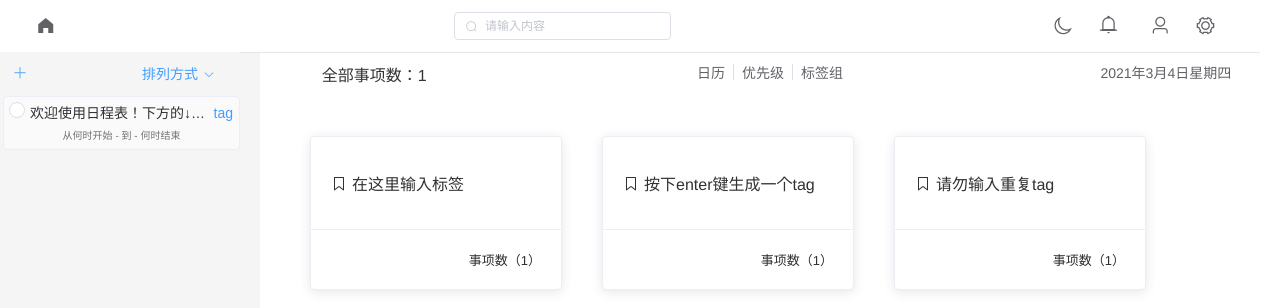
Repository: sierra0114/project01
Page: /#/tags
An editor plug-in stored every save of this project. The page is shown before and after the next save, followed by the edit.
The browser window is 1280 px wide. The pictures show the whole page.
The project was rebuilt for these pictures with package versions that can differ from the ones it lists, and the page was loaded fresh each time. Also part of the build but not shown: vue.config.js, src/components/Approaching.vue, src/components/Expired.vue, src/components/System.vue, src/components/Calendar.vue, src/components/User.vue, src/components/Login.vue, src/components/Register.vue and 2 more.

Above is the page before, as saved 2021-03-04 00:30:15.

### public/index.html
<!DOCTYPE html>
<html>

<head>
  <meta charset="utf-8">
  <meta name="viewport" content="width=device-width,initial-scale=1.0">
  <title>日程表</title>
  <style media="screen" type="text/css">
    body {
      font-family: "Helvetica Neue", Helvetica, "PingFang SC", "Hiragino Sans GB", "Microsoft YaHei", "微软雅黑", Arial, sans-serif;
      margin: 0;
      padding: 0;
      overflow-y: hidden;
      overflow-x: hidden;
      color: #333333;
      width: 100vw;
      height: 100vh;
    }

    #appLoading {
      width: 100%;
      height: 100%;
      background-color: rgb(130, 161, 177);
      z-index: 9999;
    }

    #loadingImg {
      border-radius: 50%;
      position: absolute;
      top: 45%;
      left: 48%;
      translate: 1s ease-in-out 0;
      animation: rotate 1s linear infinite;
    }


    /* 覆盖user页面里默认的图标颜色 */

    .el-icon-basketball:before {
      content: "\e7a5";
      color: rgb(224, 130, 53);
    }

    .el-icon-cold-drink:before {
      content: "\e7a5";
      color: rgb(235, 231, 47);
    }

    .el-icon-grape:before {
      content: "\e7a5";
      color: rgb(74, 55, 97);
    }

    .el-icon-apple:before {
      content: "\e7a5";
      color: rgb(175, 56, 56);
    }

    .el-icon-lollipop:before {
      content: "\e7a5";
      color: rgb(75, 165, 218);
    }

    .el-icon-coffee:before {
      content: "\e7a5";
      color: rgb(107, 79, 62);
    }

    .el-icon-user-solid:before {
      content: "\e7a5";
      color: rgb(227, 235, 243);
    }
  </style>
</head>

<body>
  <div id="appLoading">
    <div id="loadingImg">
      <svg t="1613764102468" class="icon" viewBox="0 0 1024 1024" version="1.1" xmlns="http://www.w3.org/2000/svg"
        p-id="6649" data-spm-anchor-id="a313x.7781069.0.i24" width="48" height="48">
        <path
          d="M546.462897 266.292966c-73.410207 0-133.15531-59.727448-133.155311-133.137656C413.307586 59.762759 473.05269 0 546.462897 0c73.410207 0 133.12 59.727448 133.12 133.15531 0 73.410207-59.709793 133.137655-133.12 133.137656z m-283.453794 105.736827c-67.054345 0-121.626483-54.554483-121.626482-121.644138s54.572138-121.644138 121.626482-121.644138a121.767724 121.767724 0 0 1 121.608828 121.644138c0 67.054345-54.554483 121.644138-121.608828 121.644138zM142.547862 647.185655A107.343448 107.343448 0 0 1 35.310345 539.895172a107.343448 107.343448 0 0 1 107.237517-107.237517 107.343448 107.343448 0 0 1 107.219862 107.237517 107.343448 107.343448 0 0 1-107.219862 107.272828z m120.461241 272.595862a91.047724 91.047724 0 0 1-90.941793-90.959448 91.065379 91.065379 0 0 1 90.924138-90.941793 91.065379 91.065379 0 0 1 90.941793 90.941793c0 50.14069-40.783448 90.959448-90.924138 90.959448zM546.462897 1024a79.518897 79.518897 0 0 1-79.448276-79.448276c0-43.820138 35.645793-79.448276 79.448276-79.448276a79.518897 79.518897 0 0 1 79.43062 79.448276c0 43.820138-35.628138 79.448276-79.448276 79.448276z m287.744-134.285241a64.194207 64.194207 0 0 1-64.123587-64.123587 64.194207 64.194207 0 0 1 64.123587-64.123586 64.194207 64.194207 0 0 1 64.123586 64.123586 64.194207 64.194207 0 0 1-64.123586 64.123587z m117.848275-296.695173a52.683034 52.683034 0 0 1-52.612413-52.612414 52.683034 52.683034 0 0 1 52.612413-52.630069 52.70069 52.70069 0 0 1 52.630069 52.612414 52.718345 52.718345 0 0 1-52.630069 52.630069z m-158.667034-338.696827a40.818759 40.818759 0 1 0 81.655172 0.017655 40.818759 40.818759 0 0 0-81.655172 0z"
          p-id="6650" data-spm-anchor-id="a313x.7781069.0.i23" class="" fill="#ffffff"></path>
      </svg>
    </div>
  </div>

  <div id="app"></div>

</body>

</html>

### src/layout/AppMain.vue
<template>
  <el-container>
    <el-header height="52px">

      <Header @to-appmain="refSidbar"></Header>

    </el-header>
    <el-container v-if="!noSidebar">
      <el-aside width="260px">

        <Sidbar ref="Sidbar"></Sidbar>

      </el-aside>
      <el-main>

        <router-view name="Main"></router-view>

      </el-main>

    </el-container>

  </el-container>
</template>
<script>
import Header from '../components/Header'
import Sidbar from '../components/Sidbar'
// import Main from '../components/Main'
import dataBase from '../data/dataBase.js'
export default {
  name: 'AppMain',
  components: {
    Header,
    Sidbar
  },
  computed: {},
  data () {
    return {
      msg: 'hello',
      noSidebar: false
    }
  },
  methods: {
    refSidbar (info) {
      this.$refs.Sidbar.passThisToForm(info)
    }
  },
  created () {
    dataBase() // 初始化数据库
  }
}
</script>
<style scoped>
.el-header,
.el-footer {
  text-align: center;
  line-height: 50px;
  height: 50px;
}
Header {
  line-height: 50px;
  height: 50px;
}

.el-aside {
  background-color: rgb(245, 245, 245);
  text-align: center;
}

.el-main {
  text-align: center;
  padding: 10px;
}

body > .el-container {
  margin-bottom: 0;
  width: 100vw;
  height: 100vh;
}

.el-container:nth-child(5) .el-aside,
.el-container:nth-child(6) .el-aside {
  line-height: 260px;
}

.el-container:nth-child(7) .el-aside {
  line-height: 320px;
}

/* header {
  display: flex;
  position: fixed;
  top: 0;
  left: 0;
  width: 100vw;
  height: 40px;
  background-color: rgb(255, 0, 0);
}
sidbar {
  display: flex;
  width: 200px;
  background-color: rgb(200, 255, 0);
}
main {
  position: relative;
  display: flex;

  top: 40px;
  left: 0;
  right: 0;
  background-color: rgb(0, 255, 13);
}
full-calendar {
flex-grow: 1;
  background-color: rgb(0, 255, 255);
} */
</style>

### src/components/Sidbar.vue


<template id='Sidbar'>
  <div class="Sidbar">
    <div class="container">
      <el-row>
        <el-col :span="24">
          <Form @bindFunc="getListFromForm" ref="drawer"></Form>
          <div class="view-change">
            <el-dropdown
              size="medium"
              placement="bottom"
              @command="handleCommand"
            >
              <span class="drop-down-link"
                >排列方式<i class="el-icon-arrow-down el-icon--right"></i
              ></span>
              <el-dropdown-menu slot="dropdown">
                <el-dropdown-item command="a">时间顺序</el-dropdown-item>
                <el-dropdown-item command="b">时间逆序</el-dropdown-item>
                <!-- <el-dropdown-item command="c">螺蛳粉</el-dropdown-item>
              <el-dropdown-item command="d" disabled>双皮奶</el-dropdown-item>
              <el-dropdown-item command="e" divided>蚵仔煎</el-dropdown-item> -->
              </el-dropdown-menu>
            </el-dropdown>
          </div>
        </el-col>
      </el-row>
    </div>

    <div class="empty"></div>
    <div class="cards" v-if="!isReverse">
      <SidbarCard
        v-for="item in this.resovedList"
        :key="item.reKey"
        :info="item"
        @openForm-between="passThisToForm"
      ></SidbarCard>
      <!-- info绑定的是子组件的props的属性 -->
    </div>
    <div class="cards" v-else>
      <SidbarCard
        v-for="item in this.resovedListReverse"
        :key="item.reKey"
        :info="item"
        @openForm-between="passThisToForm"
      ></SidbarCard>
      <!-- info绑定的是子组件的props的属性 -->
    </div>

    <div class="empty"></div>
  </div>
</template>

<script>
import SidbarCard from "./SidbarCard.vue";
import Form from "./Form";

export default {
  name: "Sidbar",
  data() {
    return {
      list: [], // 从数据库取得的所有数据数组
      resovedList: [], // 解析list以得到的缩略版本，顺序数组，传递给子组件sidbarCard
      resovedListReverse: [], // 和resovedList一样，逆序数组，传递给子组件sidbarCard

      // flag
      isReverse: false, // 数组是否逆序
    };
  },
  components: {
    SidbarCard,
    Form,
  },
  methods: {
    getListFromForm(list) {
      // eslint-disable-next-line no-unused-vars
      this.list = list;
    },
    getList() {
      let db; // 数据库对象
      let objStore; // 对象仓库
      let request; // 请求
      let transaction; // 连接事务
      let readRequest; // 读写事务

      request = window.indexedDB.open("db"); // 连接数据库
      request.onerror = () => {
        // 请求失败
        // console.log('连接数据库请求 失败 ！因为' + event)
      };

      request.onsuccess = (event) => {
        // 请求成功
        db = event.target.result;
        // db=request.result  一样的效果
        // console.log('连接数据库请求 成功 ')
        transaction = db.transaction("info", "readwrite"); // 开启读写事务
        objStore = transaction.objectStore("info"); // 指定事务为‘info’对象仓库的事务
        readRequest = objStore.getAll(null);

        readRequest.onerror = () => {
          // console.log('读写事务 失败！')
        };
        readRequest.onsuccess = () => {
          // console.log('读写事务 成功！已经获取到了list数据')
          this.list = readRequest.result;
          console.log("侧边栏获取到了list，它的值为：");
          console.log(this.list);
        };
      };
    },
    toColorClass(item) {
      let Class = "";
      let color = item.color;
      switch (color) {
        case "red":
          Class = "danger";
          break;
        case "blue":
          Class = "primary";
          break;
        case "green":
          Class = "success";
          break;
        case "yellow":
          Class = "warning";
          break;
        case "grey":
          Class = "info";
          break;
        case "":
          Class = "";
      }
      return Class;
    },
    getTime(item, num) {
      let timeObj = item.time[num];
      // eslint-disable-next-line valid-typeof
      if (typeof timeObj === null) {
        // time对象的类型为null（time对象为空
        return "时间对象不存在";
        // eslint-disable-next-line valid-typeof
      } else if (typeof timeObj === "string") {
        // time对象的类型为string（初始化数据的情况
        return timeObj;
      } else {
        let timetr = getTimeStr();
        return timetr;
      }
      function getTimeStr() {
        if (typeof timeObj === "object") {
          const day = timeObj.getDay();
          const date = timeObj.getDate();
          const month = timeObj.getMonth() + 1;
          const year = timeObj.getFullYear();
          const weekMap = [
            "",
            "星期一",
            "星期二",
            "星期三",
            "星期四",
            "星期五",
            "星期六",
            "星期日",
            "",
          ];
          const timeStr = year + "/" + month + "/" + date + " " + weekMap[day];
          return timeStr;
        }
      }
    },
    getTag(item) {
      let tags = [];
      let reTags = "";
      tags = item.tags;
      for (let i in tags) {
        reTags += "#" + tags[i] + " ";
      }
      return reTags;
    },
    getTagFlag(item) {
      let tags = [];
      tags = item.tags;

      if (tags.length === 0) {
        return false;
      } else {
        return true;
      }
    },
    getResovedList() {
      let resovedList = [];
      for (let i in this.list) {
        let item = this.list[i];
        let reTime = item.time;
        let reKey = item.key;
        let reMainText = item.mainText;
        let reColor = this.toColorClass(item);
        let reTimeFrom = this.getTime(item, 0);
        let reTimeTo = this.getTime(item, 1);
        let reTag = this.getTag(item);
        let tagFlag = this.getTagFlag(item);

        let resovedItem = {
          reTime,
          reMainText,
          reColor,
          reTimeFrom,
          reTimeTo,
          reTag,
          tagFlag,
          reKey,
        };

        resovedList.push(resovedItem);
      }
      resovedList.sort((a, b) => {
        return a.reTime[0] - b.reTime[0];
      });
      console.log("22222222222222");
      console.log(resovedList);
      return resovedList;
    },
    passThisToForm(keyOrInfo) {
      // 有两个调用来源：
      // 1从子组件sidbarCard的emit（参数为一个事项的key）
      // 2从父组件appmian的ref（参数为一个事项的全部信息）
      if (keyOrInfo.mainText) {
        let info = keyOrInfo;
        this.$refs.drawer.open(info); // 调用form的openForm方法
      } else {
        let key = keyOrInfo;
        for (let i in this.list) {
          if (this.list[i].key === key) {
            let info = this.list[i];
            this.$refs.drawer.open(info); // 调用form的openForm方法
            return;
          }
        }
      }
    },
    // --------------------------------------------------------------------------------------------------
    // --------------------------------------     下拉菜单指令     --------------------------------------
    // --------------------------------------------------------------------------------------------------
    handleCommand(command) {
      if (command === "a") {
        this.isReverse = false;
        console.log(this.isReverse);
        this.$message("正序");
      } else if (command === "b") {
        this.isReverse = true;
        console.log(this.isReverse);
        this.$message("逆序");
      }
    },
  },
  // --------------------------------------     whath     --------------------------------------
  watch: {
    list: {
      handler() {
        console.log("侧边栏的list更新了");
        this.resovedList = this.getResovedList();
        this.resovedListReverse = [...this.resovedList].reverse(); // 浅拷贝
        console.log("1111111111");
        console.log(this.resovedListReverse);
        console.log(this.resovedList);
      },
    },
    resovedList: {
      handler() {
        console.log("侧边栏的resovedList更新了");
      },
    },
  },
  // --------------------------------------     created     --------------------------------------

  created() {
    this.getList();
    console.log("侧边栏被创建了");
  },
  // --------------------------------------     beforeMount     --------------------------------------

  beforeMount() {
    this.resovedList = this.getResovedList();
  },
};
</script>

<!-- Add "scoped" attribute to limit CSS to this component only -->

<style scoped>
* {
  translate: 0.5s;
  font-weight: normal;
  font-size: 14px;
}
.Sidbar {
  display: block;
  background-color: rgb(245, 245, 245);

  max-height: 90vh;
  padding-right: 25px;
  overflow-y: auto;
  overflow-y: overlay;
  overflow-x: hidden;
}

.el-dropdown-link,
span {
  cursor: pointer;
  color: #409eff;
}
.el-icon-arrow-down {
  font-size: 12px;
}
.el-row {
  white-space: nowrap;
  width: fit-content;
  margin-top: 1px;

  position: fixed;
  width: 230px;
  background-color: rgb(245, 245, 245);
}
.el-col {
  display: flex;
  justify-content: space-between;
  align-items: center;
}
.container {
  position: fixed;
  width: 240px;
  height: 42px;
  background-color: rgb(245, 245, 245);
}
.newButton {
  font-size: bolder;
  padding-left: 20px;
}
.view-change {
  padding-right: 15px;
}
.empty {
  background-color: rgb(245, 245, 245);
  height: 42px;
}
.el-divider {
  top: 40px;
  margin: 0;
}
</style>

### src/components/Main.vue
<template>
  <div class="main">
    <el-row class="nav">
      <el-col :span="5">全部事项数：{{ eventsCountAll }}</el-col>

      <el-col :span="14">
        <router-link :to="{ name: 'calendar' }">
          <el-link>日历</el-link>
        </router-link>

        <el-divider direction="vertical"></el-divider>

        <router-link :to="{ name: 'priority' }">
          <el-link>优先级</el-link>
        </router-link>

        <el-divider direction="vertical"></el-divider>

        <router-link :to="{ name: 'tags' }">
          <el-link>标签组</el-link>
        </router-link>
      </el-col>
      <el-col :span="5">
        <el-link v-on:click="toToday">{{ today }}</el-link>
      </el-col>
    </el-row>
    <el-row class="view">
      <router-view></router-view>
    </el-row>
  </div>
</template>

<script>
import router from "../router";

export default {
  name: "Main",
  data() {
    return {
      today: "今天",

      // 事项计数
      eventsCountAll: 0,
      eventsCountOngoing: 0,
      eventsCountExpired: 0,

      thisMonth: 0,
    };
  },
  components: {},
  methods: {
    toToday() {
      router.push({
        name: "calendar",
        time: this.today,
      });
    },
    updatingToday() {
      setInterval(() => {
        const time = new Date();
        this.today = time;
        const day = time.getDay();
        const date = time.getDate();
        const month = time.getMonth() + 1;
        const year = time.getFullYear();
        const weekMap = [
          "",
          "星期一",
          "星期二",
          "星期三",
          "星期四",
          "星期五",
          "星期六",
          "星期日",
          "",
        ];
        const timeStr = year + "年" + month + "月" + date + "日" + weekMap[day];
        this.today = timeStr;
      }, 1000);
    },
    getEventsCount() {
      let db; // 数据库对象
      let objStore; // 对象仓库
      let request; // 请求
      let transaction; // 连接事务
      let readRequest; // 读写事务

      request = window.indexedDB.open("db"); // 连接数据库
      request.onerror = () => {
        // 请求失败
        // console.log('连接数据库请求 失败 ！因为' + event)
      };

      request.onsuccess = (event) => {
        // 请求成功
        db = event.target.result;
        // db=request.result  一样的效果
        // console.log('连接数据库请求 成功 ')
        transaction = db.transaction("info", "readwrite"); // 开启读写事务
        objStore = transaction.objectStore("info"); // 指定事务为‘info’对象仓库的事务
        readRequest = objStore.getAll(null);

        readRequest.onerror = () => {
          // console.log('读写事务 失败！')
        };
        readRequest.onsuccess = () => {
          // console.log('读写事务 成功！已经获取到了list数据')
          let list = readRequest.result;
          this.eventsCountAll = list.length;
          // alert(list.length)
        };
      };
    },
  },
  created() {
    this.updatingToday();
    this.getEventsCount();
  },
  updated() {
    this.getEventsCount();
  },
};
</script>

<!-- Add "scoped" attribute to limit CSS to this component only -->

<style scoped>
* {
  translate: 0.5s;
  font-weight: normal;
  font-size: 16px;
}

.router-view {
  display: block;
  overflow-y: scroll;
  overflow-x: auto;
}

.nav {
  padding-bottom: 10px;
}

a {
  text-decoration: none;
}

a:link {
  color: black;
}

a:visited {
  color: black;
}

a:hover {
  color: black;
}

a:active {
  color: black;
}

.router-link-active {
  text-decoration: none;
}
</style>

### src/components/Tags.vue
<template>
  <div class="container">
    <div v-for="(item, index) in tags" :key="index">
      <el-card
        style="text-align: left"
        :ref="index"
        class="hide"
        @mouseover.native="show(index)"
        @mouseout.native="hide(index)"
        @click.native="handleClick(index)"
      >
        <div slot="header" class="clearfix">
          <p
            ><i class="el-icon-collection-tag" style="margin-right: 5px"> </i
            >{{ item.tagNamw }}</p
          >
        </div>
        <div class="count">事项数（{{ item.tagCount }}）</div>
      </el-card>
    </div>
  </div>
</template>
<script>
import { store, mutations } from "../store";

export default {
  name: "Tags",
  data() {
    return {
      infolist: [],

      tags: [],
      tag: { tagCount: 0, tagNamw: "" },
      oldClass: "",
    };
  },
  methods: {
    show(index) {
      let oldClass = this.$refs[index][0].$el.className;
      let newClass = oldClass + " show";
      this.oldClass = this.$refs[index][0].$el.className;
      this.$refs[index][0].$el.className = newClass;
      // console.log(this.$refs[index][0].$el.className);
    },
    hide(index) {
      this.$refs[index][0].$el.className = this.oldClass;
      // console.log(this.$refs[index][0].$el.className);
    },
    handleClick(index) {
      let tag = this.tags[index];
      let infoArr = tag.infoArr;
      console.log(infoArr);
    },
    resolveListToTags() {
      //把indolist里面的信息转化到tags中
      let uniqTag = this.getUniqTags;
      let tagArr = [];

      for (let index in uniqTag) {
        let temp = this.querryTag(uniqTag[index]);
        let tag = {};
        tag.tagNamw = uniqTag[index];
        tag.tagCount = temp.length;
        tag.infoArr = temp;
        tagArr.push(tag);
      }
      this.tags = [...tagArr];
      this.$forceUpdate();
      // alert("更新视图");
    },
    querryTag(tag) {
      //根据tag查找对应的事项
      let temp = [];
      for (let i in this.infolist) {
        for (let j in this.infolist[i].tags) {
          if (this.infolist[i].tags[j] === tag) {
            temp.push(this.infolist[i]);
            break;
          }
        }
      }
      console.log(temp);
      return temp;
    },
    updateInfo() {
      let db; // 数据库对象
      let objStore; // 对象仓库
      let request; // 请求
      let transaction; // 连接事务
      let readRequest; // 读写事务

      request = window.indexedDB.open("db"); // 连接数据库
      request.onerror = () => {
        // 请求失败
        alert("连接数据库请求 失败 ！因为" + event);
      };

      request.onsuccess = (event) => {
        // 请求成功
        db = event.target.result;
        // db=request.result  一样的效果
        // console.log('连接数据库请求 成功 ')
        transaction = db.transaction("info", "readwrite"); // 开启读写事务
        objStore = transaction.objectStore("info"); // 指定事务为‘info’对象仓库的事务
        readRequest = objStore.getAll(null);

        readRequest.onerror = () => {
          alert("读写事务 失败！");
        };
        readRequest.onsuccess = () => {
          // console.log('读写事务 成功！已经获取到了list数据')
          this.infolist = readRequest.result;
          this.resolveListToTags();
          // alert("更新数据");
          mutations.setUpdateFlag(false);
        };
      };
    },
  },
  computed: {
    updateFlag() {
      return store.updateFlag;
    },
    getUniqTags: function () {
      let uniqTag = [];
      let allTags = [];

      for (let index in this.infolist) {
        let arr = this.infolist[index].tags;
        allTags = [...allTags, ...arr];
      }

      for (let i = 0; i < allTags.length; i++) {
        for (let j = i + 1; j < allTags.length; j++) {
          if (allTags[i] === allTags[j]) {
            //如果存在相等的两个tag
            i++; //进入下一层i循环
            j = i;
          }
        }
        uniqTag.push(allTags[i]);
        console.log(uniqTag);
      }
      return uniqTag;
    },
  },
  watch: {
    updateFlag: function () {
      // alert("watch检测到upstateflag更新");
      if (store.updateFlag === true) {
        this.updateInfo();
      }
    },
  },
  created() {
    this.updateInfo();
  },
};
</script>
<style scoped>
.container {
  display: flex;
  flex-flow: row wrap;
  margin: 20px;
}
.el-card {
  width: 250px;
  margin: 20px;
}
span {
  padding: 0 0 3px 5px;
  width: 180px;
  word-wrap: break-word;
  display: -webkit-box;
  -webkit-box-orient: vertical;
  /* 超过几行文字会被省略
   */
  -webkit-line-clamp: 1;
  overflow: hidden;
}
.count {
  text-align: right;
  font-size: 13px;
}
.show {
  cursor: pointer;
  background: rgb(245, 245, 245);
}
.hide {
  cursor: pointer;
}
</style>

### src/components/SidbarCard.vue
<template>
  <transition name="card">
    <el-card class="box-card" shadow="hover" :body-style="{ padding: '5px' }">
      <div class="clearfix">
        <div class="left">
          <el-button
            :type="info.reColor"
            size="mini"
            v-on:click="deleteInfo"
            circle
          ></el-button>
          <!-- 优先级：   红  >   黄    >蓝>    绿
           type= "danger">"warning">"">"success" -->

          <span
            class="info"
            :title="info.reMainText"
            v-on:click="openFormEmit"
            >{{ info.reMainText }}</span
          >
        </div>
        <el-tooltip
          v-if="info.tagFlag"
          effect="dark"
          :content="info.reTag"
          placement="right"
        >
          <el-button
            style="float: right; padding: 3px 0"
            type="text"
            v-on:click="openTags"
            >tag</el-button
          ></el-tooltip
        >
      </div>

      <p class="time" v-on:click="openFormEmit">
        {{ info.reTimeFrom }}<span> - 到 - </span>{{ info.reTimeTo }}
      </p>
    </el-card>
  </transition>
</template>
<script>
import router from "../router";
import { mutations } from "../store";

export default {
  name: "SidbarCard",
  data() {
    return {};
  },
  props: {
    info: Object,
  },
  methods: {
    deleteInfo() {
      // alert(this.info.reKey)
      let db; // 数据库对象
      let objStore; // 对象仓库
      let request; // 请求
      let transaction; // 连接事务
      let readRequest; // 读写事务

      request = window.indexedDB.open("db"); // 连接数据库
      request.onerror = () => {
        // alert('打开数据库失败！')
      };

      request.onsuccess = (event) => {
        // alert('打开数据库成功！')
        db = event.target.result;
        transaction = db.transaction("info", "readwrite"); // 开启读写事务
        objStore = transaction.objectStore("info"); // 指定事务为‘info’对象仓库的事务
        readRequest = objStore.delete(this.info.reKey);

        // 点击颜色圆点要通过key检索到并且从数据库中删除这个事项，目前没有实现从数据库中删除的功能，key是原因

        readRequest.onerror = () => {
          // alert('删除失败！')
        };
        readRequest.onsuccess = () => {
          // eslint-disable-next-line no-unused-expressions
          // console.log(this.$parent)
          this.$parent.getList(); // 更新sidbar视图
          // alert('删除成功！')
          mutations.setUpdateFlag(true);
        };
      };
    },
    openTags() {
      // 点击tag打开tag视图
      router.push({ name: "tags", key: this.info.reKey });
    },
    openFormEmit() {
      // 点击卡片打开form
      this.$emit("openForm-between", this.info.reKey);
    },
  },
  watch: {
    info: {
      handler(oldInfo, newInfo) {
        console.log("新的info值为：");
        console.log("卡片里的info更新了");
        console.log(newInfo);
      },
    },
  },
};
</script>
<style scoped>
* {
  font-weight: normal;
  /* font-size: 14px;   不知道为什么这条会覆盖下面的    font-size: 10px; */
}

.item {
  margin-bottom: 18px;
}

.clearfix {
  text-align: left;
  display: flex;
  flex-flow: row nowrap;
  align-items: flex-start;
  justify-content: space-between;
}
.left {
  text-align: left;
  display: flex;
  flex-flow: row nowrap;
  align-items: flex-start;
  justify-content: space-between;
}
.info {
  padding: 0 0 3px 5px;
  width: 180px;
  word-wrap: break-word;
  display: -webkit-box;
  -webkit-box-orient: vertical;
  /* 超过几行文字会被省略
   */
  -webkit-line-clamp: 1;
  overflow: hidden;
  cursor: pointer;
}
/* ////////////////////////////////////   动画-start    //////////////////////////////////////////////// */
.card-enter-active {
  transition: all 0.3s ease;
}
.card-leave-active {
  transition: all 0.2s cubic-bezier(1, 0.5, 0.8, 1);
}
.card-enter,.card-leave-to
/* .slide-fade-leave-active for below version 2.1.8 */ {
  transform: translateX(10px);
  opacity: 0;
}
/* ////////////////////////////////////   动画-end    //////////////////////////////////////////////// */

.time {
  cursor: pointer;
}
p {
  margin: 2px;
  color: rgb(114, 114, 114);
  font-size: 10px;
}
.el-row {
  z-index: 0;
}
.box-card {
  padding: 0px;
  margin: 2px 2px 2px 3px;
  width: 100%;
  background-color: rgba(255, 255, 255, 0.479);
}
</style>

Loaded but not shown: src/style/theme/index.css (library); src/data/dataBase.js (183 lines, source omitted); src/router/index.js (85 lines, source omitted); src/main.js (41 lines, source omitted); src/store/index.js (11 lines, source omitted); src/components/Form.vue (866 lines, source omitted); src/components/Header.vue (339 lines, source omitted)

After the next save:
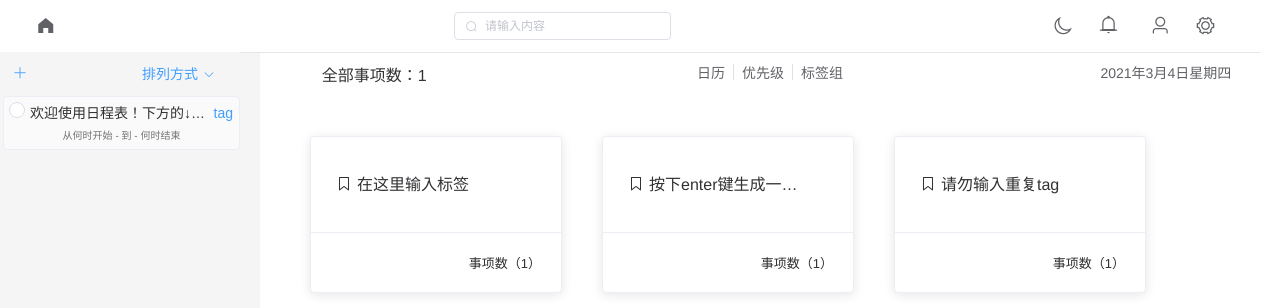
Saved 4 s later.
--- a/src/components/Tags.vue
+++ b/src/components/Tags.vue
@@ -167,7 +167,7 @@ export default {
   width: 250px;
   margin: 20px;
 }
-span {
+p {
   padding: 0 0 3px 5px;
   width: 180px;
   word-wrap: break-word;
